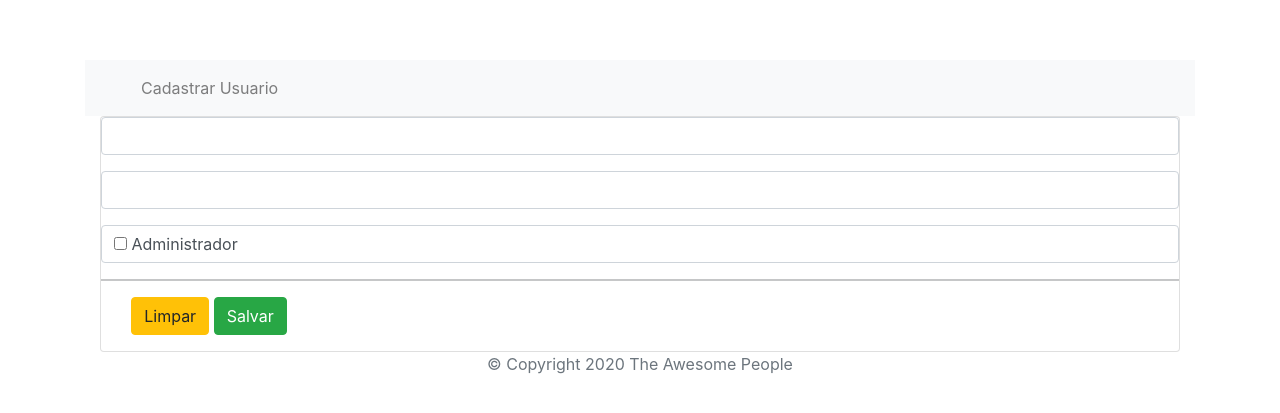
Repository: ClaytonEduard/cartaodeponto
Page: http://localhost/
An editor plug-in stored every save of this project. The page is shown before and after a run of saves, followed by the edit.
The browser window is 1280 px wide. The pictures show the whole page.
Some web libraries are served in a nearby version. The page is served by the project's Node server (app.js).

Above is the page before, as saved 2022-04-11 17:29:47.

After the next 5 saves:
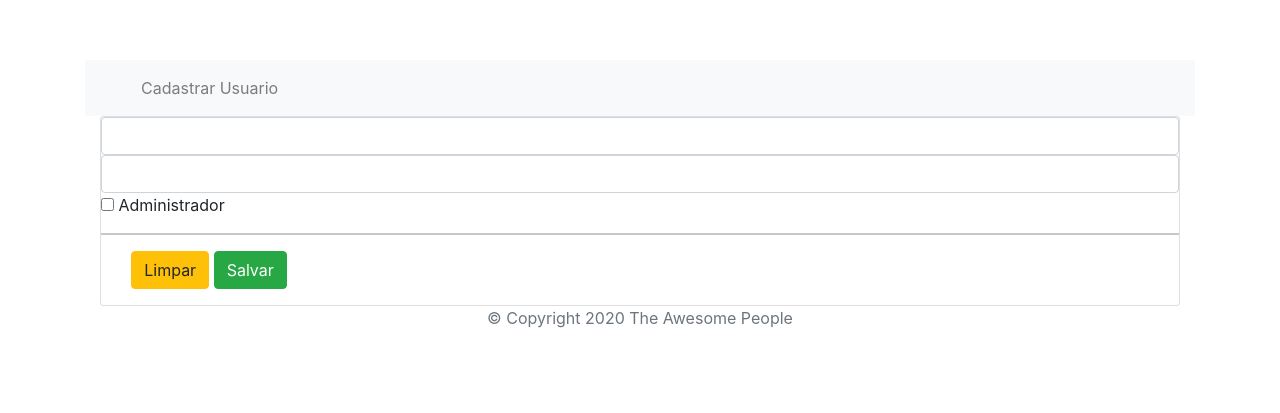
The 5 saves are shown as one change because they came seconds apart.
The last was saved 35 s later.
--- a/views/cadusuario.ejs
+++ b/views/cadusuario.ejs
@@ -19,16 +19,15 @@
         <div class="card">
             <div class="car-body">
                 <form action="/" method="POST">
-                    <div class="mb-3">
-                        <input type="number" class="form-control" id="matricula" name="matricula">
-                    </div>
-                    <div class="mb-3">
-                        <input type="password" class="form-control" id="senha" name="senha">
-                    </div>
-                    <div class="form-control">
-                        <input type="checkbox" class="form-control-input" id="eAdmin" name="eAdmin">
-                        <label class="form-check-label" for="eAdmin">Administrador</label>
-                    </div>
+
+                    <input type="number" class="form-control" id="matricula" name="matricula">
+
+                    <input type="password" class="form-control" id="senha" name="senha">
+
+
+                    <input type="checkbox" class="form-control-input" id="eAdmin" name="eAdmin">
+                    <label class="form-check-label" for="eAdmin">Administrador</label>
+
                     <hr />
                     <div class="mb-3 button" style="margin-left: 8mm;">
                         <button class="btn btn-warning" type="reset">Limpar</button>

After the save that followed:
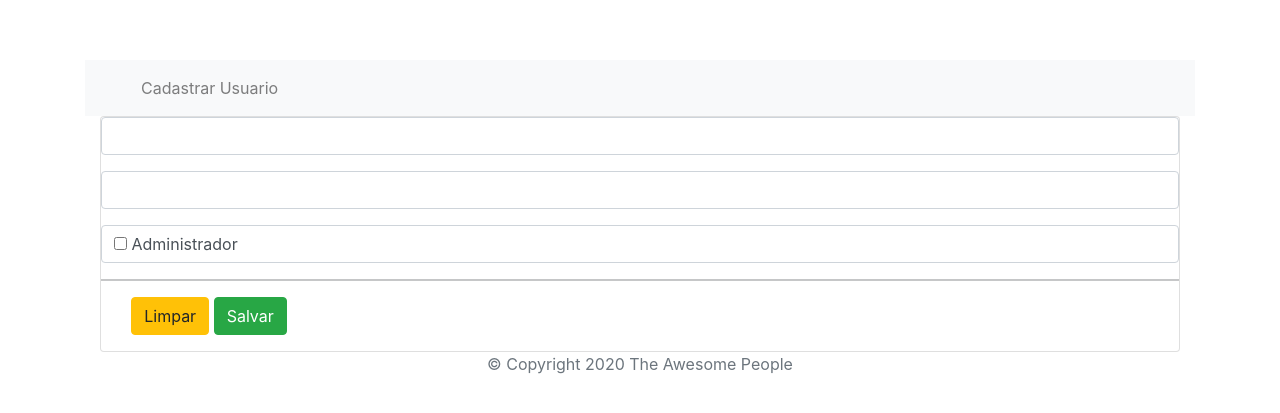
Saved 15 s later.
--- a/views/cadusuario.ejs
+++ b/views/cadusuario.ejs
@@ -19,15 +19,16 @@
         <div class="card">
             <div class="car-body">
                 <form action="/" method="POST">
-
-                    <input type="number" class="form-control" id="matricula" name="matricula">
-
-                    <input type="password" class="form-control" id="senha" name="senha">
-
-
-                    <input type="checkbox" class="form-control-input" id="eAdmin" name="eAdmin">
-                    <label class="form-check-label" for="eAdmin">Administrador</label>
-
+                    <div class="mb-3">
+                        <input type="number" class="form-control" id="matricula" name="matricula">
+                    </div>
+                    <div class="mb-3">
+                        <input type="password" class="form-control" id="senha" name="senha">
+                    </div>
+                    <div class="form-control">
+                        <input type="checkbox" class="form-control-input" id="eAdmin" name="eAdmin">
+                        <label class="form-check-label" for="eAdmin">Administrador</label>
+                    </div>
                     <hr />
                     <div class="mb-3 button" style="margin-left: 8mm;">
                         <button class="btn btn-warning" type="reset">Limpar</button>
